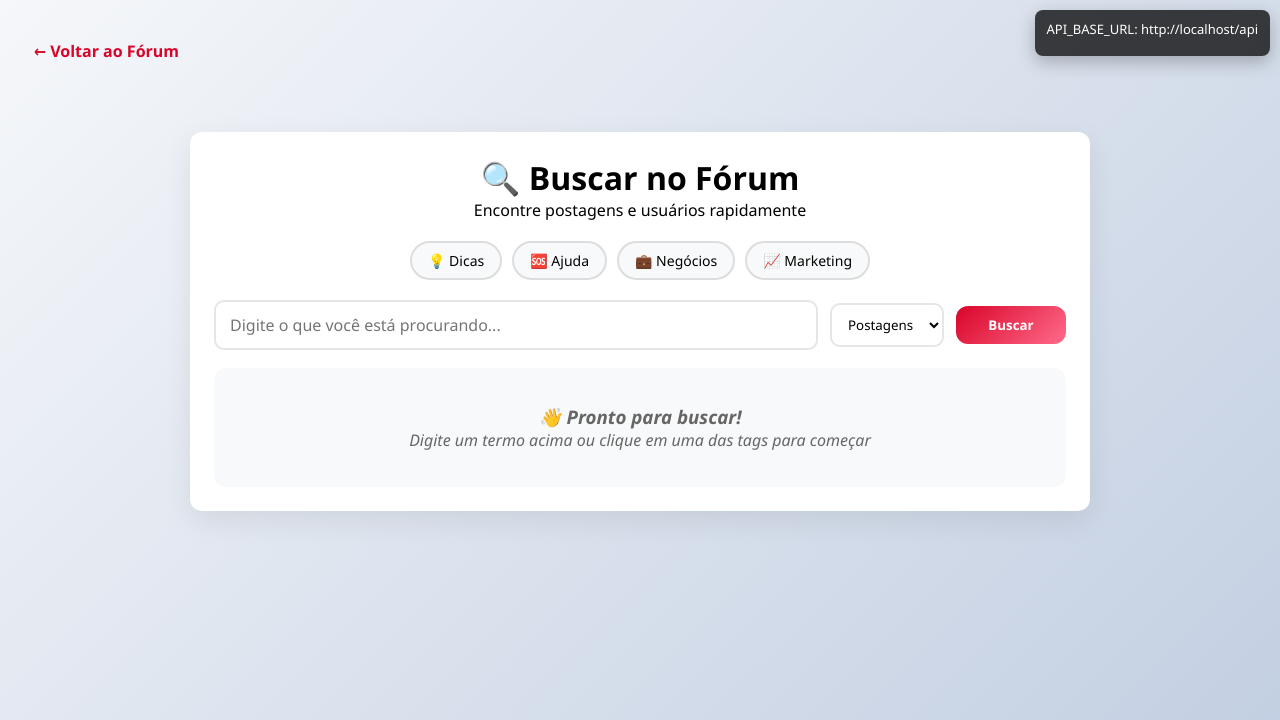
Repository: annaluizapm/MicroMidia
Page: front/HTML/busca.html
An editor plug-in stored every save of this project. The page is shown before and after the next save, followed by the edit.
The browser window is 1280 px wide. The pictures show the whole page.

Above is the page before, as saved 2025-10-23 11:15:50.

### front/HTML/busca.html
<!DOCTYPE html>
<html lang="pt-BR">
<head>
    <meta charset="UTF-8">
    <meta name="viewport" content="width=device-width, initial-scale=1.0">
    <title>Buscar - Micro Mídia</title>
    <link rel="stylesheet" href="../CSS/busca.css">

</head>
<body>
    <a href="forum.html" class="voltar-btn">← Voltar ao Fórum</a>

    <div class="busca-container">
        <div class="busca-header">
            <h1>🔍 Buscar no Fórum</h1>
            <p>Encontre postagens e usuários rapidamente</p>
        </div>

        <div class="busca-rapida">
            <div class="tag-busca" onclick="buscarRapida('dica')">💡 Dicas</div>
            <div class="tag-busca" onclick="buscarRapida('ajuda')">🆘 Ajuda</div>
            <div class="tag-busca" onclick="buscarRapida('negócio')">💼 Negócios</div>
            <div class="tag-busca" onclick="buscarRapida('marketing')">📈 Marketing</div>
        </div>

        <form class="busca-form" id="busca-form">
            <input
                type="text"
                id="termo-busca"
                class="busca-input"
                placeholder="Digite o que você está procurando..."
                autocomplete="off"
            >

            <select id="filtro-tipo" class="filtro-select">
                <option value="postagens">Postagens</option>
                <option value="usuarios">Usuários</option>
                <option value="todos">Todos</option>
            </select>

            <button type="submit" class="btn-buscar">Buscar</button>
        </form>

        <div id="resultados-container">
            <div class="sem-resultados">
                <h3>👋 Pronto para buscar!</h3>
                <p>Digite um termo acima ou clique em uma das tags para começar</p>
            </div>
        </div>
    </div>

    <script src="../JS/busca.js"></script>

</body>
</html>

### front/CSS/busca.css
/* Padronização de fonte e reset (mesmo padrão do site) */
*{
    margin:0;
    padding:0;
    box-sizing:border-box;
    font-family: 'Segoe UI', Tahoma, Geneva, Verdana, sans-serif;
}

body{
    background: linear-gradient(135deg, #f5f7fa 0%, #c3cfe2 100%);
    min-height: 100vh;
    padding: 30px 20px;
}

.busca-container {
    max-width: 900px;
    margin: 40px auto;
    padding: 24px;
    background: white;
    border-radius: 12px;
    box-shadow: 0 10px 30px rgba(0,0,0,0.08);
}

         .busca-header {
                    text-align: center;
                    margin-bottom: 20px;
                }

         .busca-form {
                    display: flex;
                    gap: 12px;
                    margin-bottom: 18px;
                    flex-wrap: wrap;
                    align-items: center;
                }

         .busca-input {
                    flex: 1;
                    min-width: 260px;
                    padding: 12px 14px;
                    border: 2px solid #e6e6e6;
                    border-radius: 10px;
                    font-size: 16px;
                    transition: all 0.2s ease;
                }

        .busca-input:focus {
            outline: none;
            border-color: #D90429;
            box-shadow: 0 0 0 3px rgba(217, 4, 41, 0.1);
        }

         .filtro-select {
                    padding: 10px 12px;
                    border: 2px solid #e6e6e6;
                    border-radius: 10px;
                    background: white;
                    cursor: pointer;
                    transition: border-color 0.2s;
                }

        .filtro-select:focus {
            outline: none;
            border-color: #D90429;
        }

         .btn-buscar {
                    background: linear-gradient(135deg, #D90429 0%, #ff6b8a 100%);
                    color: white;
                    border: none;
                    padding: 10px 16px;
                    border-radius: 12px;
                    font-weight: 600;
                    cursor: pointer;
                    transition: all 0.2s ease;
                    min-width: 110px;
                }

        .btn-buscar:hover {
            transform: translateY(-2px);
            box-shadow: 0 6px 20px rgba(217, 4, 41, 0.4);
        }

         .resultados-info {
                    color: #666;
                    margin-bottom: 12px;
                    font-style: italic;
                }

         .resultado-item {
                    background: linear-gradient(135deg, #ffffff 0%, #f8f9fa 100%);
                    border-radius: 12px;
                    padding: 14px;
                    margin-bottom: 12px;
                    box-shadow: 0 6px 18px rgba(0,0,0,0.04);
                    border-left: 4px solid #D90429;
                    transition: transform 0.2s ease;
                }

        .resultado-item:hover {
            transform: translateY(-2px);
        }

         .resultado-header {
                    display: flex;
                    justify-content: space-between;
                    align-items: center;
                    margin-bottom: 8px;
                }

         .resultado-autor {
                    font-weight: 700;
                    color: #D90429;
                }

        .resultado-data {
            color: #666;
            font-size: 0.9em;
        }

        .resultado-conteudo {
            margin-bottom: 15px;
            line-height: 1.6;
        }

        .resultado-stats {
            display: flex;
            gap: 15px;
            color: #666;
            font-size: 0.9em;
        }

        .highlight {
            background: linear-gradient(135deg, #ffeb3b 0%, #ffc107 100%);
            padding: 2px 4px;
            border-radius: 3px;
            font-weight: 600;
        }

         .sem-resultados {
                    text-align: center;
                    color: #666;
                    font-style: italic;
                    padding: 36px 16px;
                    background: #f8f9fa;
                    border-radius: 12px;
                }

         .voltar-btn {
                    display:inline-block;
                    margin-bottom: 20px;
                    color: #D90429;
                    text-decoration: none;
                    font-weight: 600;
                    padding: 8px 12px;
                    border-radius: 8px;
                    border: 2px solid transparent;
                }

         .voltar-btn:hover {
                    background: rgba(217,4,41,0.08);
                    transform: translateY(-2px);
                    border-color: #D90429;
                }

        .busca-rapida {
            display: flex;
            gap: 10px;
            justify-content: center;
            margin-bottom: 20px;
            flex-wrap: wrap;
        }

        .tag-busca {
            background: #f8f9fa;
            border: 2px solid #ddd;
            padding: 8px 16px;
            border-radius: 20px;
            cursor: pointer;
            transition: all 0.3s;
            font-size: 14px;
        }

        .tag-busca:hover {
            background: #D90429;
            color: white;
            border-color: #D90429;
        }

### front/JS/busca.js
// Garantir que exista uma URL base para a API. Se outra parte do app definiu
// `API_BASE_URL` no escopo global (por exemplo em `script.js`), usamos ela;
// caso contrário, montamos uma URL relativa com base em `location`.
const API_BASE_URL = (function(){
    try{
        if (typeof window !== 'undefined' && window.API_BASE_URL) return window.API_BASE_URL;
    }catch(e){}
    // fallback dinâmico para `http(s)://host:port/api`
    const port = (typeof location !== 'undefined' && location.port) ? `:${location.port}` : '';
    const protocol = (typeof location !== 'undefined' && location.protocol) ? location.protocol : 'http:';
    const hostname = (typeof location !== 'undefined' && location.hostname) ? location.hostname : '127.0.0.1';
    return `${protocol}//${hostname}${port}/api`;
})();

document.addEventListener('DOMContentLoaded', () => {
    const form = document.getElementById('busca-form');
    if(form) form.addEventListener('submit', handleBusca);
    const termoInput = document.getElementById('termo-busca');
    if(termoInput) termoInput.addEventListener('input', handleBuscaTempoReal);
    // adicionar banner de debug para facilitar diagnóstico em tempo real
    try { createDebugBanner(); } catch(e){ console.warn('Não foi possível criar debug banner:', e); }
});

// Cria um pequeno banner no topo da página com informações de debug e um botão
function createDebugBanner(){
    if (document.getElementById('debug-banner')) return;
    const banner = document.createElement('div');
    banner.id = 'debug-banner';
    banner.style.position = 'fixed';
    banner.style.top = '10px';
    banner.style.right = '10px';
    banner.style.zIndex = 9999;
    banner.style.background = 'rgba(0,0,0,0.75)';
    banner.style.color = 'white';
    banner.style.padding = '10px 12px';
    banner.style.borderRadius = '8px';
    banner.style.fontSize = '13px';
    banner.style.boxShadow = '0 6px 18px rgba(0,0,0,0.25)';

    const info = document.createElement('div');
    info.style.marginBottom = '8px';
    info.innerText = `API_BASE_URL: ${API_BASE_URL}`;

    // status (pode ser atualizado pelo fluxo de busca)
    const status = document.createElement('div');
    status.id = 'debug-status';
    status.style.marginTop = '8px';
    status.style.fontSize = '12px';

    banner.appendChild(info);
    banner.appendChild(status);
    document.body.appendChild(banner);
}

        let timeoutBusca;

        // Busca em tempo real (com delay)
        function handleBuscaTempoReal() {
            clearTimeout(timeoutBusca);
            timeoutBusca = setTimeout(() => {
                const termo = document.getElementById('termo-busca').value.trim();
                if (termo.length > 2) {
                    realizarBusca(termo, document.getElementById('filtro-tipo').value);
                }
            }, 500);
        }

        // Busca ao enviar formulário
        async function handleBusca(event) {
            event.preventDefault();
            const termo = document.getElementById('termo-busca').value.trim();
            const tipo = document.getElementById('filtro-tipo').value;

            if (termo) {
                await realizarBusca(termo, tipo);
            }
        }

        // Busca rápida por tags
        function buscarRapida(termo) {
            document.getElementById('termo-busca').value = termo;
            realizarBusca(termo, 'postagens');
        }

        // Realizar busca
        async function realizarBusca(termo, tipo) {
            const container = document.getElementById('resultados-container');
            container.innerHTML = '<div class="sem-resultados"><h3>🔍 Buscando...</h3></div>';

            try {
                let resultados = [];

                if (tipo === 'postagens' || tipo === 'todos') {
                    const postagens = await buscarPostagens(termo);
                    resultados = [...resultados, ...postagens.map(p => ({...p, tipo: 'postagem'}))];
                }

                if (tipo === 'usuarios' || tipo === 'todos') {
                    const usuarios = await buscarUsuarios(termo);
                    resultados = [...resultados, ...usuarios.map(u => ({...u, tipo: 'usuario'}))];
                }

                exibirResultados(resultados, termo);

            } catch (error) {
                console.error('Erro na busca:', error);
                container.innerHTML = '<div class="sem-resultados"><h3>❌ Erro na busca</h3><p>Tente novamente em alguns segundos</p></div>';
            }
        }

        // Normaliza texto para comparação (remove acentos, transforma em minúsculas)
        function normalizeText(str){
            if(!str) return '';
            return str.normalize('NFD').replace(/\p{Diacritic}/gu, '').toLowerCase();
        }

        // Buscar postagens
        async function buscarPostagens(termo) {
            const url = `${API_BASE_URL}/postagens`;
            console.log('[busca] GET', url);
            const response = await fetch(url).catch(err => {
                console.error('[busca] Erro fetch postagens:', err);
                return null;
            });
            if (!response) return [];
            console.log('[busca] postagens status', response.status);
            if (response.ok) {
                const postagens = await response.json();
                console.log('[busca] postagens recebidas:', Array.isArray(postagens) ? postagens.length : typeof postagens);
                const termNorm = normalizeText(termo);
                return postagens.filter(p => {
                    const conteudo = normalizeText(p.conteudo || '');
                    const usuario = normalizeText(p.usuario_nome || '');
                    const categoria = normalizeText(p.categoria || '');
                    const tags = normalizeText(p.tags || '');
                    // combinar por conteúdo, autor, categoria ou tags
                    return (
                        conteudo.includes(termNorm) ||
                        usuario.includes(termNorm) ||
                        categoria.includes(termNorm) ||
                        tags.includes(termNorm)
                    );
                });
            }
            const text = await response.text().catch(()=>'');
            console.warn('[busca] resposta não OK postagens:', response.status, text.slice(0,200));
            return [];
        }

        // Buscar usuários
        async function buscarUsuarios(termo) {
            const url = `${API_BASE_URL}/usuarios`;
            console.log('[busca] GET', url);
            const response = await fetch(url).catch(err => {
                console.error('[busca] Erro fetch usuarios:', err);
                return null;
            });
            if (!response) return [];
            console.log('[busca] usuarios status', response.status);
            if (response.ok) {
                const usuarios = await response.json();
                console.log('[busca] usuarios recebidos:', Array.isArray(usuarios) ? usuarios.length : typeof usuarios);
                return usuarios.filter(u =>
                    (u.nome || '').toLowerCase().includes(termo.toLowerCase()) ||
                    (u.email || '').toLowerCase().includes(termo.toLowerCase()) ||
                    (u.bio && u.bio.toLowerCase().includes(termo.toLowerCase()))
                );
            }
            const text = await response.text().catch(()=>'');
            console.warn('[busca] resposta não OK usuarios:', response.status, text.slice(0,200));
            return [];
        }

        // Exibir resultados
        function exibirResultados(resultados, termo) {
            const container = document.getElementById('resultados-container');

            if (resultados.length === 0) {
                container.innerHTML = `
                    <div class="sem-resultados">
                        <h3>😔 Nenhum resultado encontrado</h3>
                        <p>Tente buscar por outros termos ou verifique a ortografia</p>
                    </div>
                `;
                return;
            }

            const info = `<div class="resultados-info">Encontrados ${resultados.length} resultado(s) para "${termo}"</div>`;

            const itens = resultados.map(item => {
                if (item.tipo === 'postagem') {
                    return `
                        <div class="resultado-item">
                            <div class="resultado-header">
                                <span class="resultado-autor">📝 ${item.usuario_nome || 'Usuário'}</span>
                                <span class="resultado-data">${new Date(item.criado_em).toLocaleString()}</span>
                            </div>
                            <div class="resultado-conteudo">${destacarTermo(item.conteudo, termo)}</div>
                            <div class="resultado-stats">
                                <span>❤️ ${item.curtidas || 0} curtidas</span>
                                <span>💬 ${item.comentarios || 0} comentários</span>
                            </div>
                        </div>
                    `;
                } else {
                    return `
                        <div class="resultado-item">
                            <div class="resultado-header">
                                <span class="resultado-autor">👤 ${destacarTermo(item.nome, termo)}</span>
                                <span class="resultado-data">Usuário</span>
                            </div>
                            <div class="resultado-conteudo">
                                <strong>Email:</strong> ${destacarTermo(item.email, termo)}<br>
                                ${item.bio ? `<strong>Bio:</strong> ${destacarTermo(item.bio, termo)}` : ''}
                            </div>
                        </div>
                    `;
                }
            }).join('');

            container.innerHTML = info + itens;
        }

        // Destacar termo de busca
        function destacarTermo(texto, termo) {
            if (!texto) return '';
            const regex = new RegExp(`(${termo})`, 'gi');
            return texto.replace(regex, '<span class="highlight">$1</span>');
        }

After the next save:
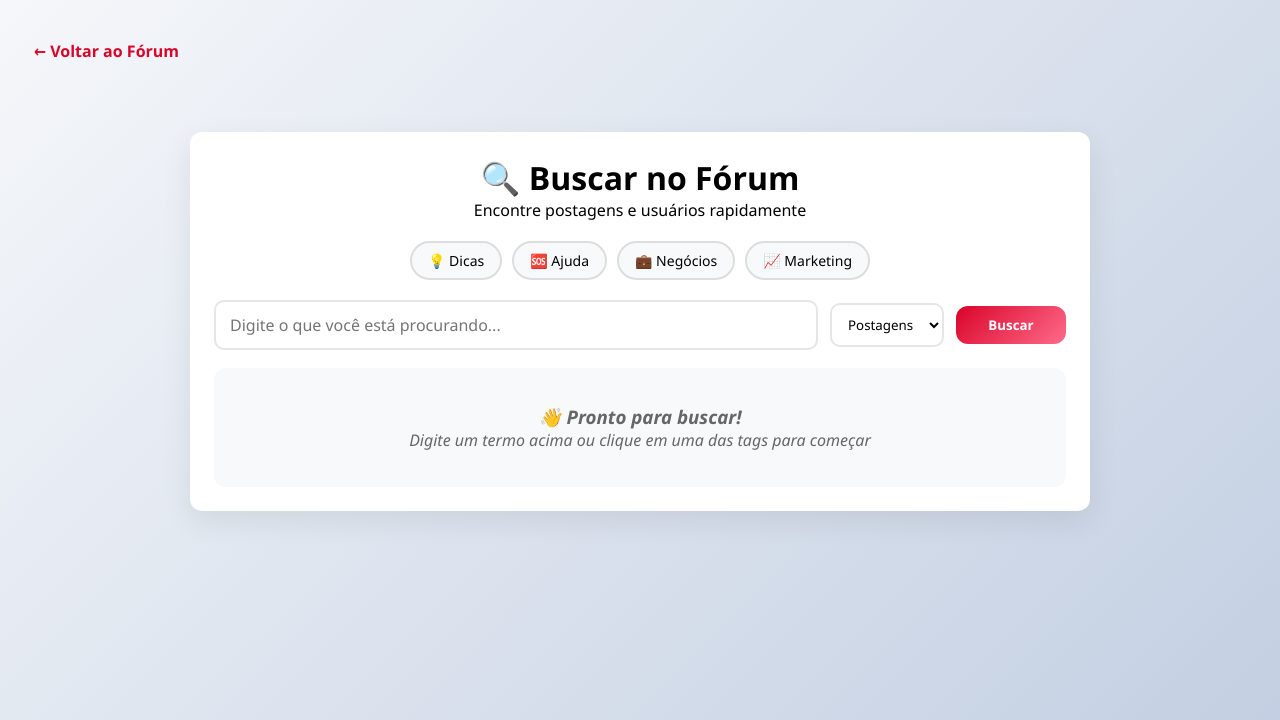
Saved 6 min 32 s later.
--- a/front/JS/busca.js
+++ b/front/JS/busca.js
@@ -17,39 +17,12 @@
     if(form) form.addEventListener('submit', handleBusca);
     const termoInput = document.getElementById('termo-busca');
     if(termoInput) termoInput.addEventListener('input', handleBuscaTempoReal);
-    // adicionar banner de debug para facilitar diagnóstico em tempo real
-    try { createDebugBanner(); } catch(e){ console.warn('Não foi possível criar debug banner:', e); }
+
 });
 
 // Cria um pequeno banner no topo da página com informações de debug e um botão
 function createDebugBanner(){
-    if (document.getElementById('debug-banner')) return;
-    const banner = document.createElement('div');
-    banner.id = 'debug-banner';
-    banner.style.position = 'fixed';
-    banner.style.top = '10px';
-    banner.style.right = '10px';
-    banner.style.zIndex = 9999;
-    banner.style.background = 'rgba(0,0,0,0.75)';
-    banner.style.color = 'white';
-    banner.style.padding = '10px 12px';
-    banner.style.borderRadius = '8px';
-    banner.style.fontSize = '13px';
-    banner.style.boxShadow = '0 6px 18px rgba(0,0,0,0.25)';
-
-    const info = document.createElement('div');
-    info.style.marginBottom = '8px';
-    info.innerText = `API_BASE_URL: ${API_BASE_URL}`;
-
-    // status (pode ser atualizado pelo fluxo de busca)
-    const status = document.createElement('div');
-    status.id = 'debug-status';
-    status.style.marginTop = '8px';
-    status.style.fontSize = '12px';
-
-    banner.appendChild(info);
-    banner.appendChild(status);
-    document.body.appendChild(banner);
+
 }
 
         let timeoutBusca;
